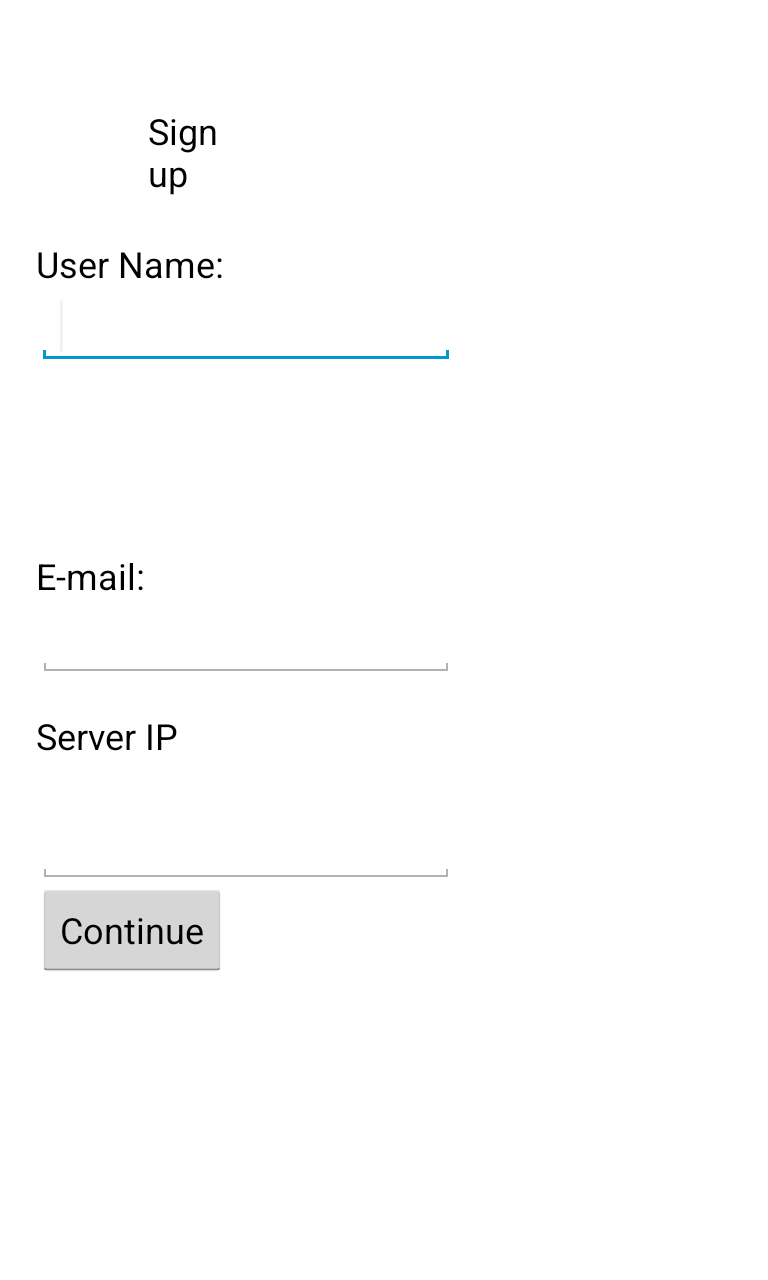
Repository: Teketel/hujeManiita
Layout: workspace/android/Besso/res/layout/activity_main.xml
The author's editor kept a copy of each file at every save. The layout is drawn from the files as they stood at one save, then again after the next save.
It is drawn on a 768 x 1280 px phone screen (xhdpi) without system bars, with theme AppTheme; the app's code is not run.

Above is the layout before, as saved 2013-02-18 19:07:04.

### workspace/android/Besso/res/layout/activity_main.xml
<RelativeLayout xmlns:android="http://schemas.android.com/apk/res/android"
    xmlns:tools="http://schemas.android.com/tools"
    android:layout_width="match_parent"
    android:layout_height="match_parent"
    android:paddingBottom="@dimen/activity_vertical_margin"
    android:paddingLeft="@dimen/activity_horizontal_margin"
    android:paddingRight="@dimen/activity_horizontal_margin"
    android:paddingTop="@dimen/activity_vertical_margin"
    tools:context=".MainActivity" >

    <EditText

        android:id="@+id/userName"
        android:layout_width="wrap_content"
        android:layout_height="wrap_content"
        android:layout_below="@+id/textView1"
        android:layout_marginTop="45dp"
        android:ems="10" >

        <requestFocus />
    </EditText>

    <TextView
        android:id="@+id/textView1"
        android:layout_width="wrap_content"
        android:layout_height="wrap_content"
        android:layout_alignLeft="@+id/editText1"
        android:layout_alignParentTop="true"
        android:layout_alignRight="@+id/button1"
        android:layout_marginLeft="56dp"
        android:layout_marginTop="35dp"
        android:text="Sign up"
        android:textAppearance="?android:attr/textAppearanceMedium"
        android:textSize="18dp" />

    <EditText
        android:id="@+id/email"
        android:layout_width="wrap_content"
        android:layout_height="wrap_content"
        android:layout_alignLeft="@+id/editText1"
        android:layout_centerVertical="true"
        android:ems="10"
        android:inputType="textEmailAddress" />

    <TextView
        android:id="@+id/userTextView"
        android:layout_width="wrap_content"
        android:layout_height="wrap_content"
        android:layout_alignLeft="@+id/editText1"
        android:layout_below="@+id/textView1"
        android:layout_marginTop="21dp"
        android:text="User Name:"
        android:textAppearance="?android:attr/textAppearanceMedium" />

    <TextView
        android:id="@+id/emailTextView"
        android:layout_width="wrap_content"
        android:layout_height="wrap_content"
        android:layout_above="@+id/email"
        android:layout_alignLeft="@+id/email"
        android:text="E-mail:"
        android:textAppearance="?android:attr/textAppearanceMedium" />

    <TextView
        android:id="@+id/ipTextView"
        android:layout_width="wrap_content"
        android:layout_height="wrap_content"
        android:layout_alignLeft="@+id/email"
        android:layout_below="@+id/email"
        android:layout_marginTop="16dp"
        android:text="Server IP"
        android:textAppearance="?android:attr/textAppearanceMedium" />

    <Button
        android:id="@+id/button1"
        android:layout_width="wrap_content"
        android:layout_height="wrap_content"
        android:layout_alignParentLeft="true"
        android:layout_below="@+id/ipTextView"
        android:layout_marginTop="61dp"
        android:text="Continue" />

    <EditText
        android:id="@+id/ipEditView"
        android:layout_width="wrap_content"
        android:layout_height="wrap_content"
        android:layout_alignLeft="@+id/button1"
        android:layout_below="@+id/ipTextView"
        android:layout_marginTop="23dp"
        android:ems="10" />

</RelativeLayout>

Loaded but not shown: workspace/android/Besso/res/values/styles.xml (common file); workspace/android/Besso/res/values-v11/styles.xml (common file); workspace/android/Besso/res/values-v14/styles.xml (common file); workspace/android/Besso/res/values/dimens.xml (common file)

After the next save:
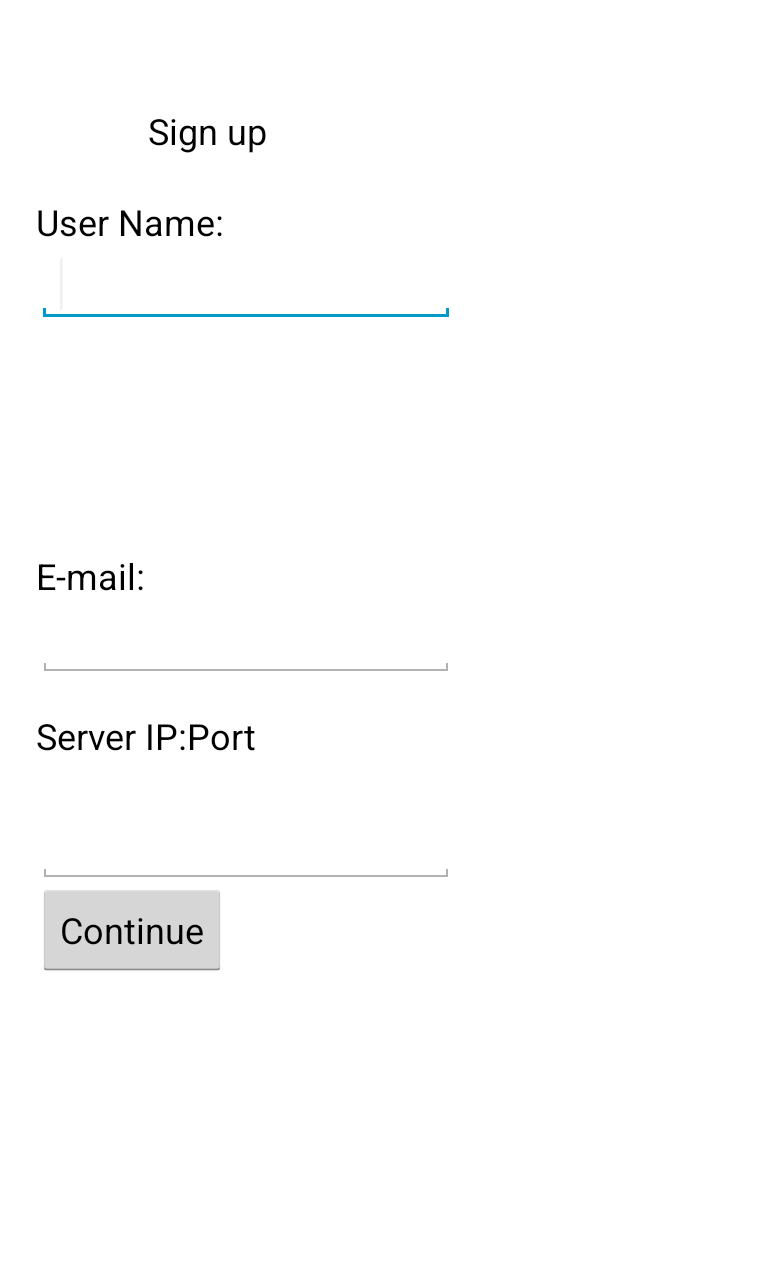
Saved 2 min 40 s later.
--- a/workspace/android/Besso/res/layout/activity_main.xml
+++ b/workspace/android/Besso/res/layout/activity_main.xml
@@ -26,7 +26,6 @@
         android:layout_height="wrap_content"
         android:layout_alignLeft="@+id/editText1"
         android:layout_alignParentTop="true"
-        android:layout_alignRight="@+id/button1"
         android:layout_marginLeft="56dp"
         android:layout_marginTop="35dp"
         android:text="Sign up"
@@ -68,7 +67,7 @@
         android:layout_alignLeft="@+id/email"
         android:layout_below="@+id/email"
         android:layout_marginTop="16dp"
-        android:text="Server IP"
+        android:text="Server IP:Port"
         android:textAppearance="?android:attr/textAppearanceMedium" />
 
     <Button
